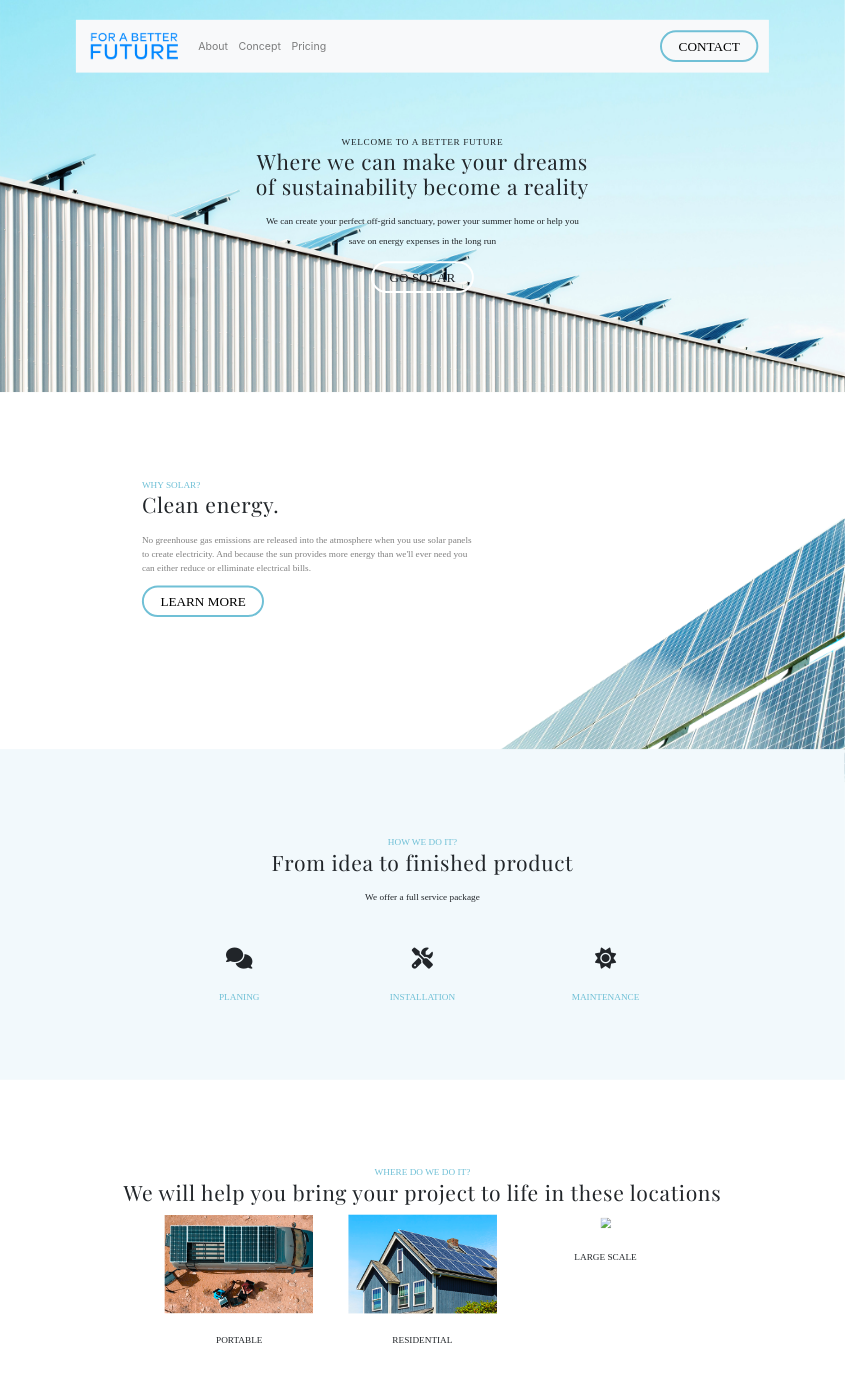
Repository: sabinemm/fabf
Page: index.html
The author's editor kept a record of every edit. The page is drawn from the files as they stood at one moment, then again after the next edit.
The browser window is 1280 px wide. The pictures show the whole page, at 66% of full size.
Backgrounds fixed to the window are drawn as part of the page. Some web fonts or font styles are not loaded; a fallback is used. Some web libraries are served in a nearby version.

Above is the page before.
Not found: largescale.png

After the next edit:
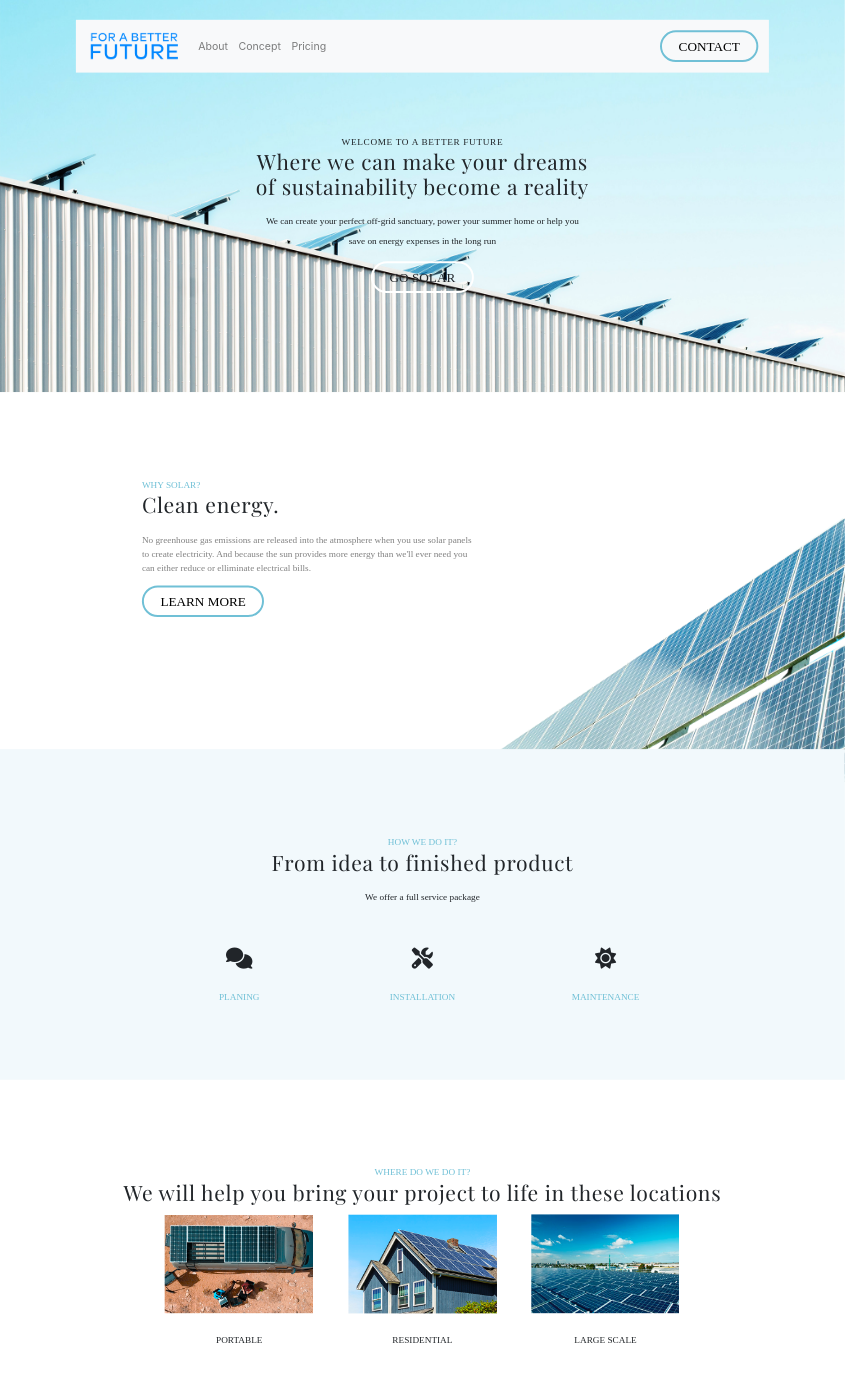
The edit:
--- a/index.html
+++ b/index.html
@@ -131,7 +131,7 @@
                      <p class="uppercase stitle stitlen">RESIDENTIAL</p>
                 </div>
                 <div class="col-sm-3 col-md-3">
-                    <img  class="whereimg" src="largescale.png"></img>
+                    <img class="whereimg" src="img/large.png"></img>
                      <p class="uppercase stitle stitlen">LARGE SCALE</p>
                 </div>
             </div>
